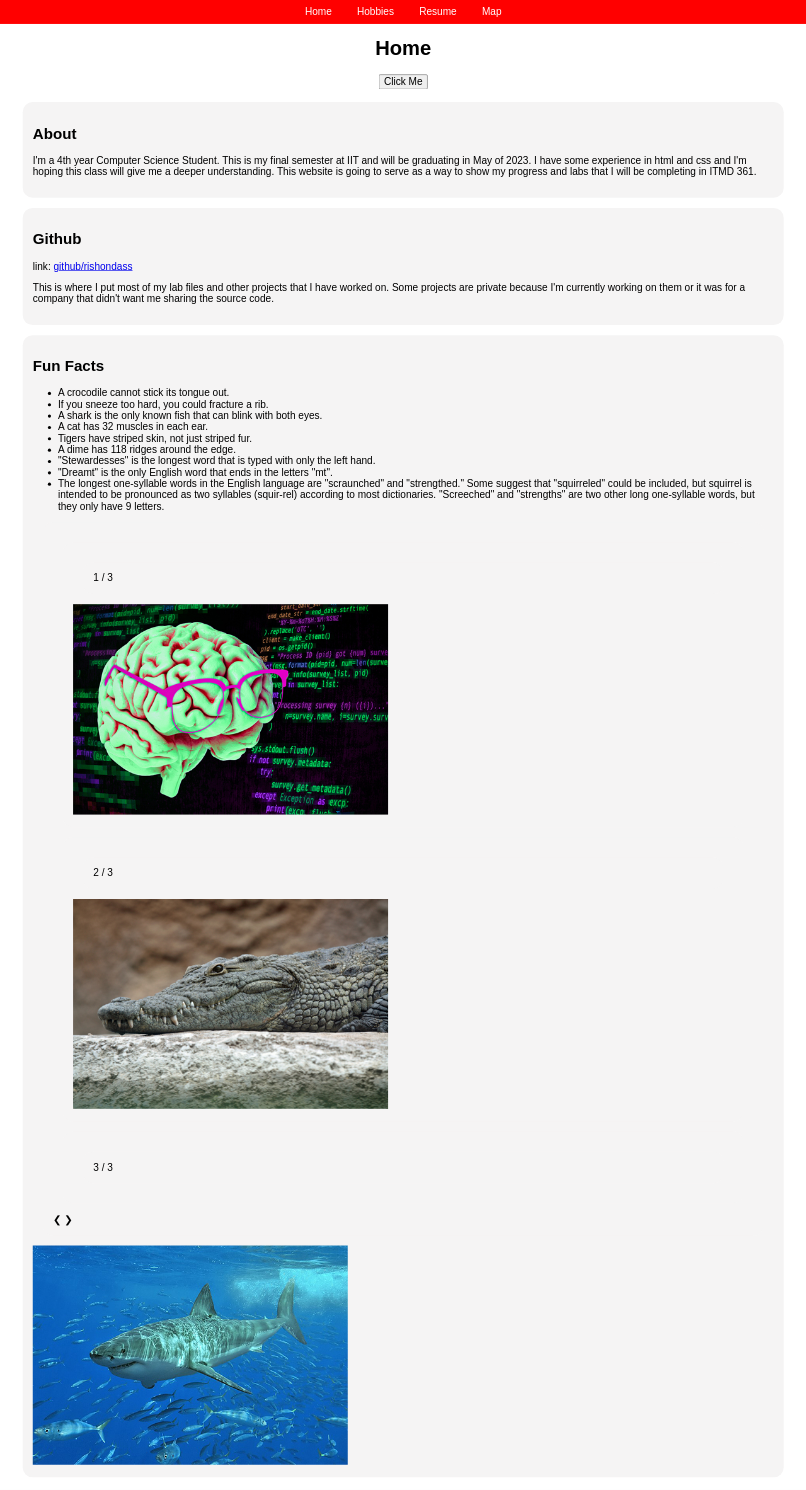
Repository: rishondass/ITMD361-Project3
Page: index.html
These files come from the project's save history. The page is drawn as it stood at one moment and after a run of saves; the edit follows.
The browser window is 1280 px wide. The pictures show the whole page, at 63% of full size.

Above is the page before, as saved 2023-04-28 18:19:26.

### index.html
<!DOCTYPE html>
<html lang="en">
<head>
  <meta charset="UTF-8">
  <meta name="viewport" content="width=device-width, initial-scale=1.0">
  <script src="./js/index.js"></script>
  <link rel="stylesheet" href="css/normalize.css">
  <link rel="stylesheet" href="css/style.css">
  <title>Home</title>
</head>
<body>
  <nav id="main-nav">
    <ul>
      <li>
        <a href="index.html">Home</a>
      </li>
      <li>
        <a href="hobbies.html">Hobbies</a>
      </li>
      <li>
        <a href="resume.html">Resume</a>
      </li>
      <li>
        <a href="map.html">Map</a>
      </li>
    </ul>
  </nav>
  <div id="hero-section">
    <h1 id="title">
      Home
    </h1>
    <div id="secretdiv">
      <button id="secretbutton">Click Me</button>
    </div>

  </div>
  <div id="main-container">
    <div id="about-section">
      <h2>
        About
      </h2>
      <p>
        I'm a 4th year Computer Science Student. This is my final semester at IIT and will be graduating in May of 2023. I have some experience in html and css and I'm hoping this class will give me a deeper understanding. This website is going to serve as a way to show my progress and labs that I will be completing in ITMD 361.
      </p>
    </div>
    <div id="github-section">
      <h2>
        Github
      </h2>
      <p>
        link: <a target="_blank" href="https://www.github.com/rishondass">github/rishondass</a>
      </p>
      <p>
        This is where I put most of my lab files and other projects that I have worked on. Some projects are private because I'm currently working on them or it was for a company that didn't want me sharing the source code.
      </p>
    </div>
    <div id="funfactions-section">
      <h2>
        Fun Facts
      </h2>
      <ul>
        <li>
          A crocodile cannot stick its tongue out.
        </li>
        <li>
          If you sneeze too hard, you could fracture a rib.
        </li>
        <li>
          A shark is the only known fish that can blink with both eyes.
        </li>
        <li>
          A cat has 32 muscles in each ear.
        </li>
        <li>
          Tigers have striped skin, not just striped fur.
        </li>
        <li>
          A dime has 118 ridges around the edge.
        </li>
        <li>
          "Stewardesses" is the longest word that is typed with only the left hand.
        </li>
        <li>
          "Dreamt" is the only English word that ends in the letters "mt".
        </li>
        <li>
          The longest one-syllable words in the English language are "scraunched" and "strengthed." Some suggest that "squirreled" could be included, but squirrel is intended to be pronounced as two syllables (squir-rel) according to most dictionaries. "Screeched" and "strengths" are two other long one-syllable words, but they only have 9 letters.
        </li>
      </ul>
      <div class="slideshow-container">
        <div class="mySlides fade">
          <div class="numbertext">1 / 3</div>
          <img src="images/code.jpg" alt="image_of_code">
        </div>

        <div class="slideshow-container">
          <div class="numbertext">2 / 3</div>
          <img src="images/nile_crocodile_head.jpg" alt="image_of_crocodile">
        </div>

        <div class="slideshow-container">
          <div class="numbertext">3 / 3</div>
        </div>
        <a class="prev" onclick="plusSlides(-1)">&#10094;</a>
        <a class="next" onclick="plusSlides(1)">&#10095;</a>
      </div>


      <img src="images/white_shark.jpg" alt="image_of_shark">
    </div>
  </div>
</body>
</html>

### js/index.js
window.onload = function(){
    let secretButton = document.getElementById("secretbutton");

    secretButton.addEventListener("click",()=>{
        window.open("https://www.youtube.com/watch?v=BBJa32lCaaY");
    });
}

### css/style.css
#main-nav{
    background-color: red;
    overflow: hidden;
}

#main-nav ul{
    list-style-type: none;
    padding: 0;
    margin: 0;
    display: flex;
    justify-content: center;
}

#main-nav a{
   display: block;
   padding: 10px 20px;
   text-decoration: none;
   color: white;
}


#main-nav a:hover{
    background-color: rgb(255, 255, 255);
    color:black;
}

#main-container{
    margin: 20px;
}

/*
To be added
#hero-section{
    width: 100%;
    height: 100vh;
    background-color:rgb(15, 92, 207);
} */

#title{
    text-align: center;
}

#about-section{

}

#main-container div{
    margin: 1rem;
    border-radius: 1rem;
    padding: 1rem;
    background-color:rgb(245, 244, 244);
}

.container-objects{
    margin: 1rem;
    border-radius: 1rem;
    padding: 1rem;
    background-color:rgb(245, 244, 244);
}

.hobbies-images{
    width: 300px;
}

.hobbies-videos{
    width: 500px;
}



.hobby-container-item{
    float: left;
    background-color:rgb(245, 244, 244);
}


#map {
  display: flex;
  justify-items: center;
  height: 800px;
  width: 80%;
  margin: 10px auto;
}

@media screen and (max-width:390px) {
  .container-objects{
    background-color: red;
    color: white;
    text-align: center;
    padding: 12px;
    height: 500px;
  }
}

@media screen and (max-width:820px) and (min-width:390px) {
  .container-objects{
    background-color: rgb(212, 0, 255);
    color: white;
    text-align: right;
    height: 300px;
    padding: 10px;
  }
}

#secretdiv{
    display: flex;
    justify-content: center;
}

Loaded but not shown: css/normalize.css (library)

After the next 2 saves:
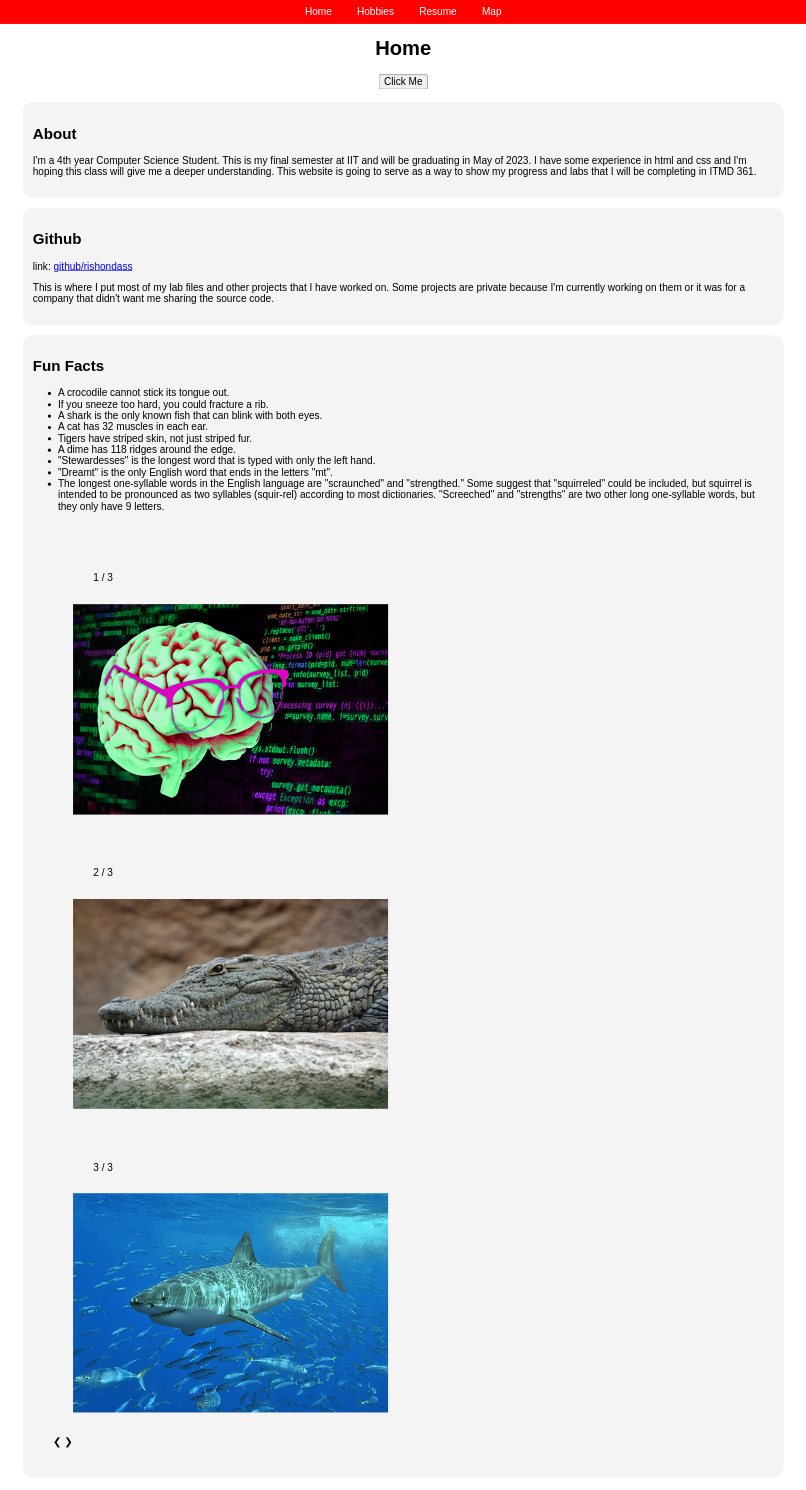
The 2 saves are shown as one change because they came seconds apart.
The last was saved 13 s later.
--- a/index.html
+++ b/index.html
@@ -100,13 +100,14 @@
 
         <div class="slideshow-container">
           <div class="numbertext">3 / 3</div>
+          <img src="images/white_shark.jpg" alt="image_of_shark">
         </div>
         <a class="prev" onclick="plusSlides(-1)">&#10094;</a>
         <a class="next" onclick="plusSlides(1)">&#10095;</a>
       </div>
 
 
-      <img src="images/white_shark.jpg" alt="image_of_shark">
+
     </div>
   </div>
 </body>
